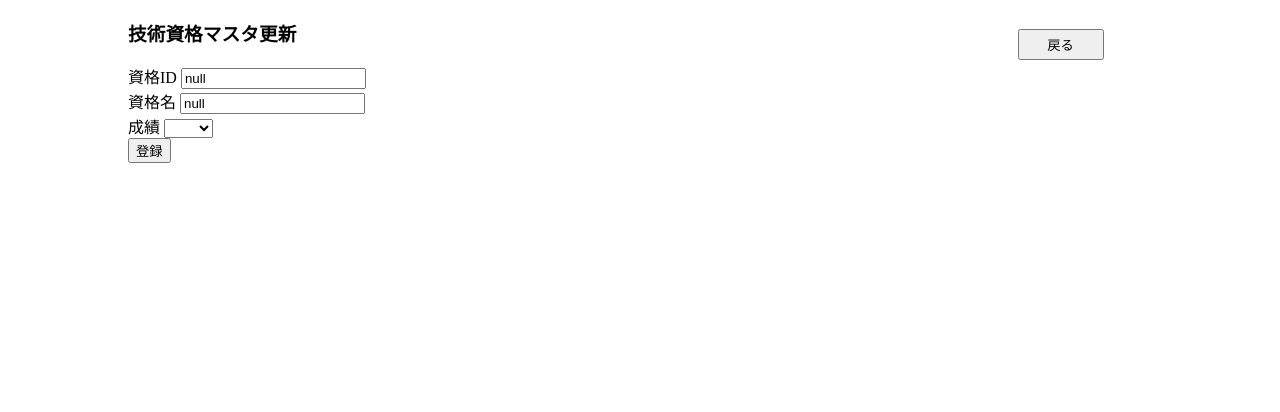
Repository: nguyenvantandev/WebApp
Page: http://localhost/EmployeeInfoSystem/SkillListUpdate.jsp
An editor plug-in stored every save of this project. The page is shown before and after the next save, followed by the edit.
The browser window is 1280 px wide. The pictures show the whole page.
The page is served by Tomcat 9. Other server files are loaded and not shown.

Above is the page before, as saved 2016-06-07 02:25:23.

### EmployeeInfoSystem/WebContent/SkillListUpdate.jsp
<%@ page language="java" contentType="text/html; charset=UTF-8"
    pageEncoding="UTF-8"%>
<!DOCTYPE html PUBLIC "-//W3C//DTD HTML 4.01 Transitional//EN" "http://www.w3.org/TR/html4/loose.dtd">
<html>
<head>
<meta http-equiv="Content-Type" content="text/html; charset=UTF-8">
<link rel="stylesheet" type="text/css" href="css/EmployeeSearch.css">
<script type="text/javascript" src="js/EmployeeSearch.js"></script>

<title>技術資格マスタ更新画面</title>
</head>
<body>
<form action="GijutsuShikakuMasterUpdate" method="post" id="SkillListUpdate" name="SkillListUpdate">
<input type="button" id="modoru" name="modoru" value="戻る">
<h3><b>技術資格マスタ更新</b></h3>
<label id="label_shikakuID">資格ID</label>
<input type="text" id="shikakuId" name="shikakuId" value="<%=request.getAttribute("shikakuId")%>"><br>
<label id="label_shikakumei">資格名</label>
<input type="text" id="shikakumei" name="shikakumei" value="<%=request.getAttribute("shikakumei")%>"><br>
<label id="label_seiseki">成績</label>
<select id="seiseki" name="seiseki">
<option></option>
<option>無し</option>
<option>あり</option>
</select><br>
<input type="button" id="AddUpdate" name="AddUpdate" value="登録">
</form>
</body>
</html>

### EmployeeInfoSystem/WebContent/css/EmployeeSearch.css
@CHARSET "UTF-8";
body {
	margin-left: 10%;
    margin-right: 5%;
}
fieldset {
	    margin-top: 26px;
        height: 50px;
    width: 1200px;
}
#shain_title{
	margin-right: 5px;
}
#namae_title, #sebetsu_title, #sakujosumi{
	    margin-left: 25px;
    margin-right: 5px;
}
#sebetsu{
    width: 67px;
    height: 22px;
}
#kuria{
    margin-left: 25px;
    width: 86px;
    height: 31px;
}
#shikitsuika{
	 width: 86px;
    height: 31px;
    margin-top: 10px;
    margin-right: 10px;
    margin-bottom: 10px;
    right: 19%;
	position: absolute;
}

#kensaku, #modoru{
	width: 86px;
    height: 31px;
    margin-top: 10px;
    margin-right: 10px;
    margin-bottom: 10px;
    right: 13%;
	position: absolute;
}
#num{
    margin-top: 53px;
    margin-bottom: 10px;
}

table {
	border-collapse: collapse;
    border-top-width: 0px;
    border-right-width: 0px;
    border-bottom-width: 0px;
    border-left-width: 0px;
}

th {

	table-layout:fixed;
	height: 30px;
	background-color: #A9E2F3;
}

td {

	table-layout:fixed;
	height: 30px;
	background-color: white;
    border-bottom-style: dashed;
}

 tbody, thead {

	display: block;
}
tbody {
  overflow:auto;
  height:476px;
  width: 1209px;

}

### EmployeeInfoSystem/WebContent/js/EmployeeSearch.js
function employeeSearch_load() {
	var id = document.getElementById("id").value;
	var name = document.getElementById("name").value;
	var sex = document.getElementById("sex").value;
	var del = document.getElementById("del").value;
	var count = document.getElementById("kennsu").value;
	var serverErrorMs = document.getElementById("serverErrorMs").value;
	var searchAgain = document.getElementById("sakujoButton").value;
	var sakujoMes = document.getElementById("sakujoMes").value;

	if (id != "null") {
		document.getElementById("shain_ID").value = id;
	}
	if (name != "null") {
		document.getElementById("namae").value = name;
	}
	if (sex != "null") {
		$('#sebetsu').val(sex);
	}

	if (del == "1") {
		document.getElementById("sakujosumi").checked = true;
	}
	if (serverErrorMs != "null") {
		alert(serverErrorMs);
		return false;
	}
	if (sakujoMes != "null") {
		alert(sakujoMes);
	}

	if (searchAgain != "null") {
		document.getElementById("click_action").value = "検索";
		document.getElementById("EmployeeSearch").submit();
	}
	if (count == "0") {
		alert("検索条件に一致する社員が見つかりません。");
	}
	var tbl = document.getElementById("table").rows.length;
	for (var i = 1; i < tbl; i++) {
		var n = document.getElementById("table").rows[i].cells[7].innerHTML;
		if (n == "○") {
			document.getElementById("ShainMaster" + i).disabled = true;
			document.getElementById("Sakujo" + i).disabled = true;
			document.getElementById("GijutsushikakuMaster" + i).disabled = true;
			document.getElementById("GijitsushaKerekisho" + i).disabled = true;

		}
	}

}

function kuria_click() {
	document.getElementById("shain_ID").value = "";
	document.getElementById("namae").value = "";
	document.getElementById("sebetsu").value = "";
	document.getElementById("sakujosumi").checked = false;
}
function shinkitsuika_click() {
	document.getElementById("click_action").value = "新規追加";
	document.getElementById("EmployeeSearch").submit();
}
function kensaku_click() {
	var shainID = document.getElementById("shain_ID").value;
	if (shainID != "") {
		var regex = /^[A-Za-z0-9]+$/;
		if (!shainID.match(regex)) {
			alert("社員IDは半角英数字で入力してください。");
			return false;
		}
		var regex2 = /^[0-9]+$/;
		if (!shainID.match(regex2)) {
			alert("検索条件に一致する社員が見つかりません。");
			return false;
		}
	}
	document.getElementById("click_action").value = "検索";
	document.getElementById("EmployeeSearch").submit();

}

function shainmaster_click(Val) {
	var report = Val.parentNode.parentNode.cells[1].innerHTML;
	document.getElementById("shainmasterButton").value = report;
	document.getElementById("EmployeeSearch").submit();
}

function sakujo_click(Val) {
	var confim = confirm("社員を削除してよろしいですか？");
	if (confim == true) {
		var report = Val.parentNode.parentNode.cells[1].innerHTML;
		document.getElementById("sakujoButton").value = report;
		document.getElementById("EmployeeSearch").submit();
	} else {
		return false;
	}
}

function GijutsushikakuMaster_click(Val) {
	var report = Val.parentNode.parentNode.cells[1].innerHTML;
	document.getElementById("GijutsushikakuMasterButton").value = report;
	document.getElementById("EmployeeSearch").submit();
}

function GijitsushaKerekisho_click(Val) {
	var report = Val.parentNode.parentNode.cells[1].innerHTML;
	document.getElementById("GijitsushaKerekishoButton").value = report;
	document.getElementById("EmployeeSearch").submit();
}

### EmployeeInfoSystem/WebContent/css/SkillListUpdate.css
@CHARSET "UTF-8";

div {
	height: 380px;
	margin-left: 15%;
	margin-top: 5%;
	margin-right: 31%;
	margin-bottom: 1%;
	border-style: double;
	background-color: aliceblue;
}

#modoru {
	width: 86px;
	height: 31px;
	margin-top: 10px;
	margin-right: 10px;
	margin-bottom: 10px;
	right: 40%;
	position: absolute;
}

#AddUpdate {
	width: 86px;
	height: 45px;
	margin-top: 10px;
	margin-right: 10px;
	margin-bottom: 10px;
	right: 45%;
	position: absolute;
}

#label_shikakuID {
	margin-left: 2%;
	margin-right: 18px;
}

#label_shikakumei {
	margin-left: 2%;
	margin-right: 16px;
}

#label_seiseki {
	margin-left: 2%;
	margin-right: 31px;
}

#shikakuId, #shikakumei, #seiseki {
	margin-top: 15px;
	margin-bottom: 20px;
}

#shikakuId {
	width: 170px;
	height: 45px;
}

#shikakumei {
	width: 480px;
	height: 45px;
}

#seiseki {
	height: 47px;
	width: 142px;
}

h3 {
	margin-left: 2%;
}

After the next save:
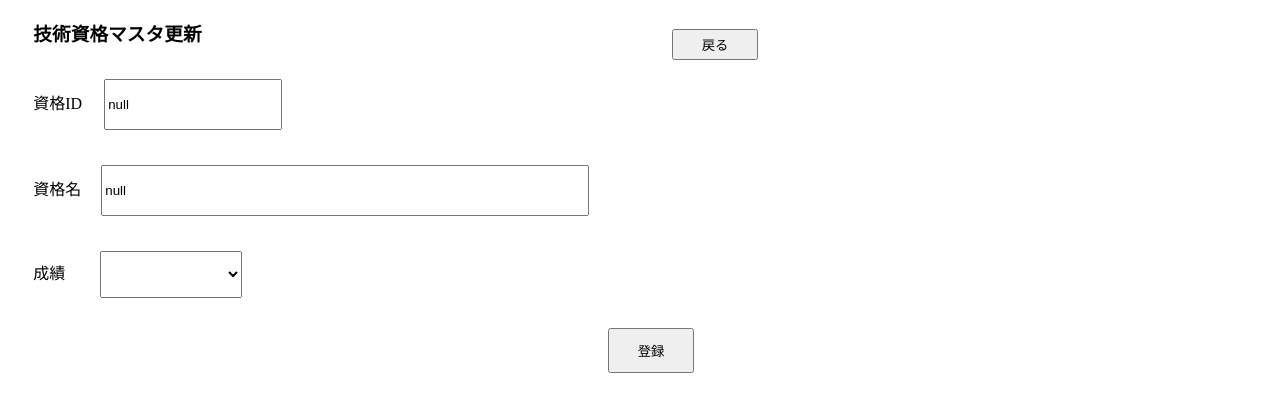
Saved 17 s later.
--- a/EmployeeInfoSystem/WebContent/SkillListUpdate.jsp
+++ b/EmployeeInfoSystem/WebContent/SkillListUpdate.jsp
@@ -4,7 +4,7 @@
 <html>
 <head>
 <meta http-equiv="Content-Type" content="text/html; charset=UTF-8">
-<link rel="stylesheet" type="text/css" href="css/EmployeeSearch.css">
+<link rel="stylesheet" type="text/css" href="css/SkillListUpdate.css">
 <script type="text/javascript" src="js/EmployeeSearch.js"></script>
 
 <title>技術資格マスタ更新画面</title>
